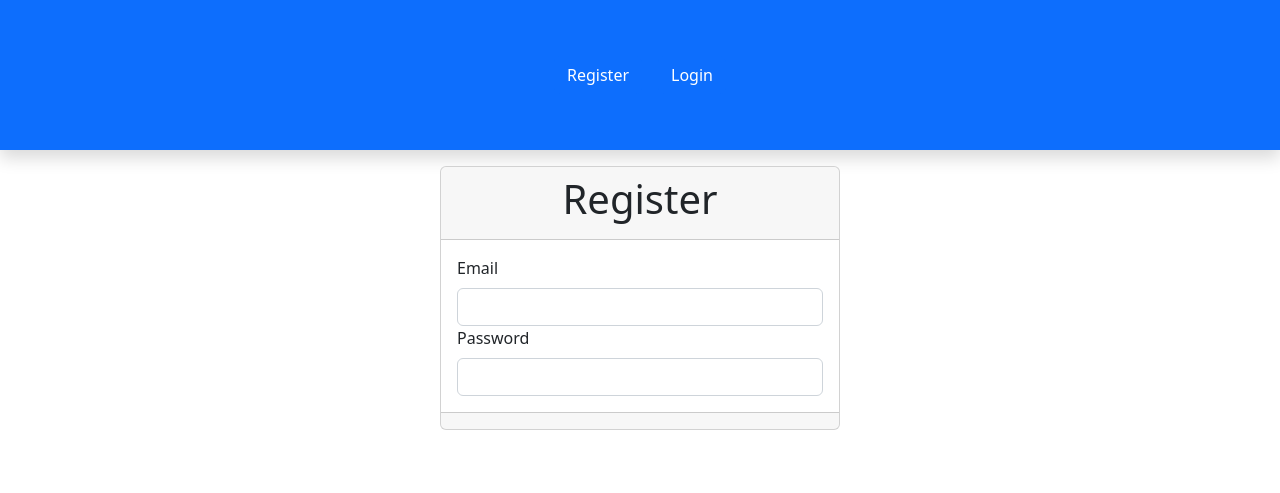
Repository: loveleii/firebase-login-logout
Page: /
An editor plug-in stored every save of this project. The page is shown before and after a run of saves, followed by the edit.
The browser window is 1280 px wide. The pictures show the whole page.
The project was rebuilt for these pictures with package versions that can differ from the ones it lists, and the page was loaded fresh each time. Also part of the build but not shown: vite.config.ts, src/views/loginView.vue, src/assets/main.css.

Above is the page before, as saved 2023-03-04 19:43:02.

After the next 3 saves:
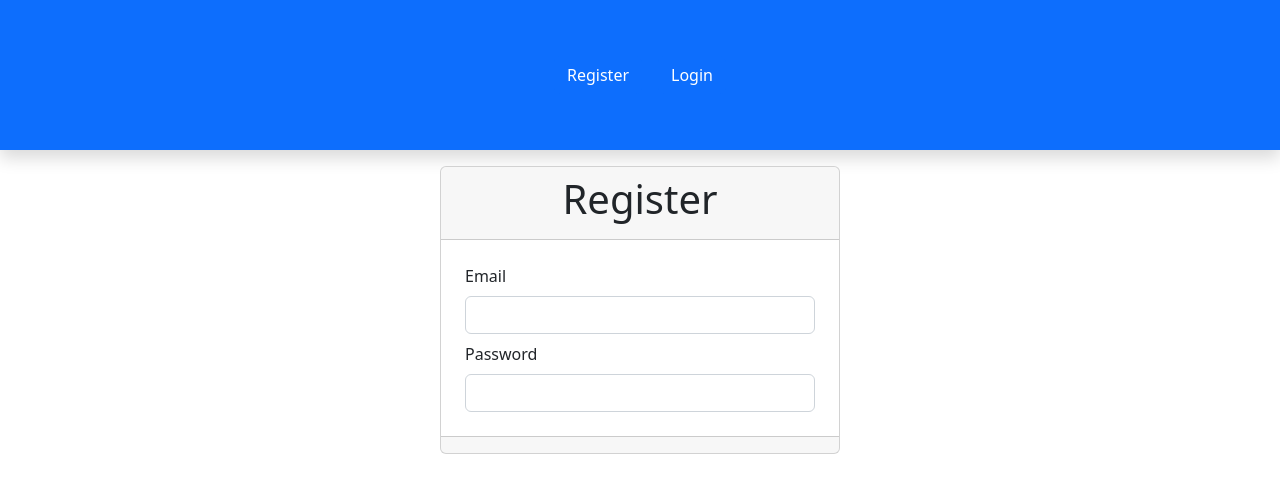
The 3 saves are shown as one change because they came seconds apart.
The last was saved 13 s later.
--- a/src/views/registerView.vue
+++ b/src/views/registerView.vue
@@ -4,12 +4,12 @@
             <h1>Register</h1>
         </div>
         <div class="card-body float-left">
-            <div class="form-group">
+            <div class="form-group m-2">
                 <label for="" class="form-label float-start">Email</label>
                 <input type="text" name="" id="" class="form-control">
             </div>
 
-            <div class="form-group">
+            <div class="form-group m-2">
                 <label for="" class="form-label float-start">Password</label>
                 <input type="text" name="" id="" class="form-control">
             </div>
